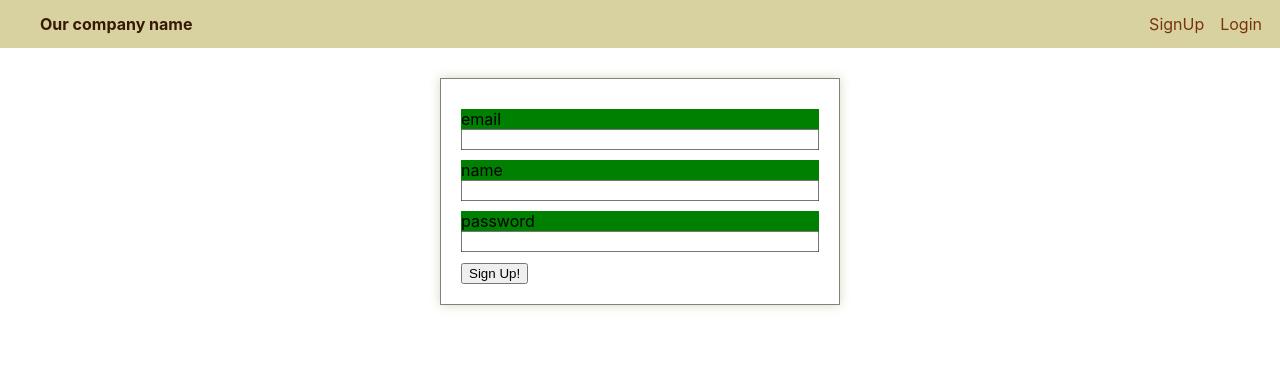
Repository: Zhabskyi/weather-aplication
Page: /sign-up
The author's editor kept a copy of each file at every save. The page is drawn from the files as they stood at one save, then again after the next save.
The browser window is 1280 px wide. The pictures show the whole page.
The project was rebuilt for these pictures with package versions that can differ from the ones it lists, and the page was loaded fresh each time. Also part of the build but not shown: src/components/login/Login.css, src/components/login/loginForm/LoginForm.jsx, src/components/login/LogIn.jsx, src/containers/App.css.

Above is the page before, as saved 2018-12-22 20:20:48.

After the next save:
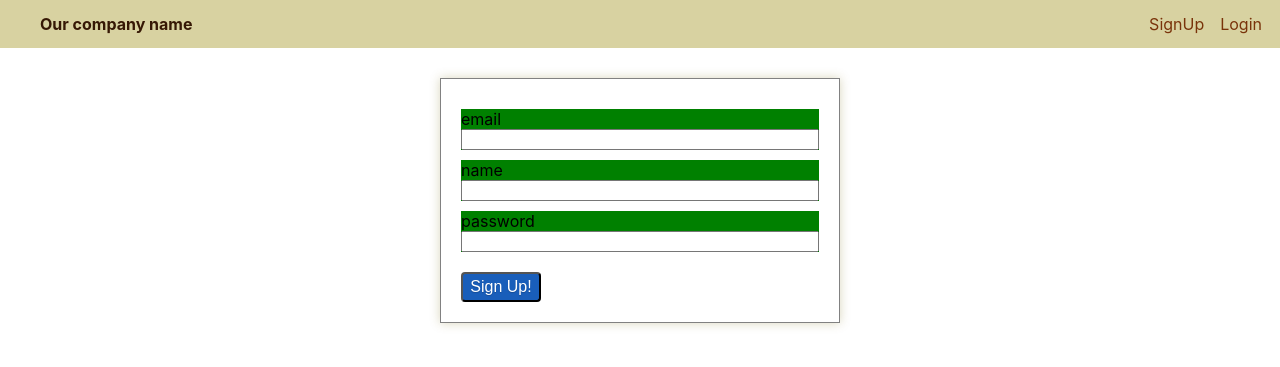
Saved 17 s later.
--- a/src/components/button/Button.jsx
+++ b/src/components/button/Button.jsx
@@ -1,5 +1,6 @@
 import React from 'react';
 import classnames from 'classnames';
+import './Button.css';
 
 export const TYPES = {
     primary: '0',
